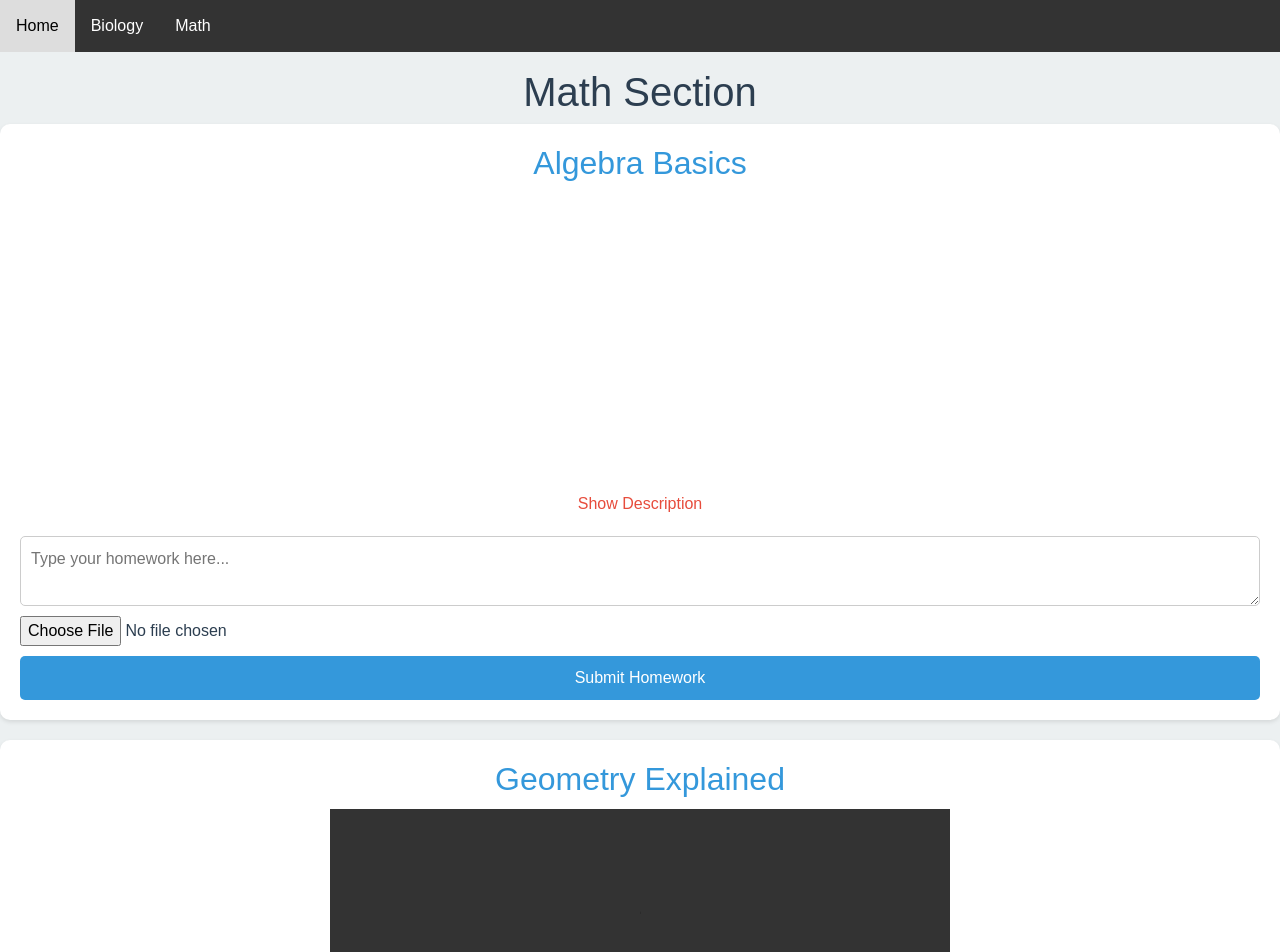
Repository: krmvz/BEMath.kg
Page: /math
An editor plug-in stored every save of this project. The page is shown before and after the next save, followed by the edit.
The browser window is 1280 px wide. The pictures show the part of the page from y = 0 to 952 px (the page is 1357 px tall).
Pictures or frames that could not be fetched are drawn as grey boxes. The project was rebuilt for these pictures with package versions that can differ from the ones it lists, and the page was loaded fresh each time. Also part of the build but not shown: src/firebase.js, src/components/auth/sign.scss, src/components/auth/SignIn.jsx, src/components/auth/SignUp.jsx, src/components/dashboard/Dashboard.jsx, src/components/Biology/biology.jsx.

Above is the page before, as saved 2023-12-18 22:37:02.

After the next save:
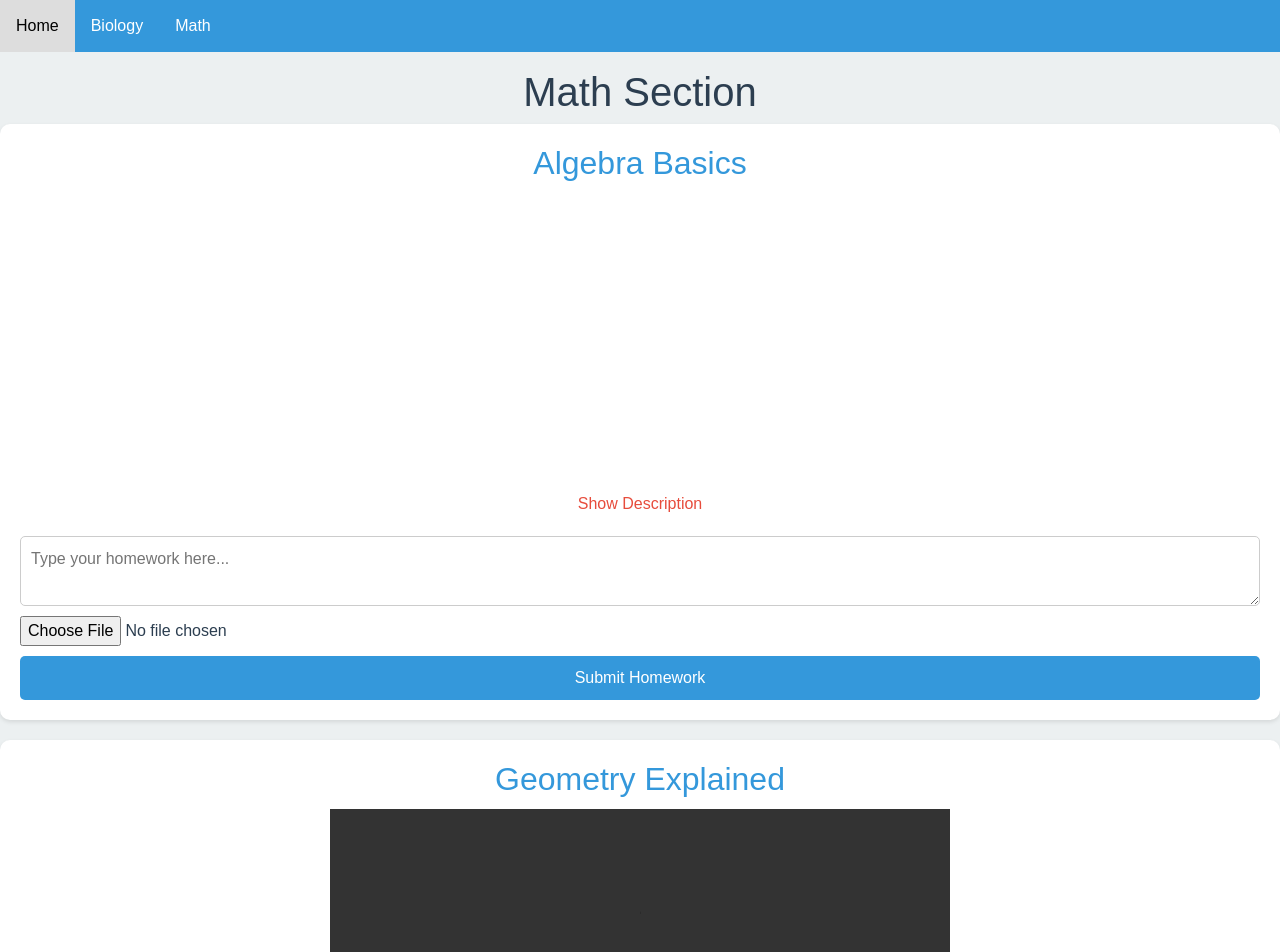
Saved 31 s later.
--- a/src/components/Math/math.scss
+++ b/src/components/Math/math.scss
@@ -5,7 +5,7 @@ nav {
     ul {
         list-style: none;
         padding: 0;
-        background-color: #333;
+        background-color: #3498db;
         overflow: hidden;
 
         li {
